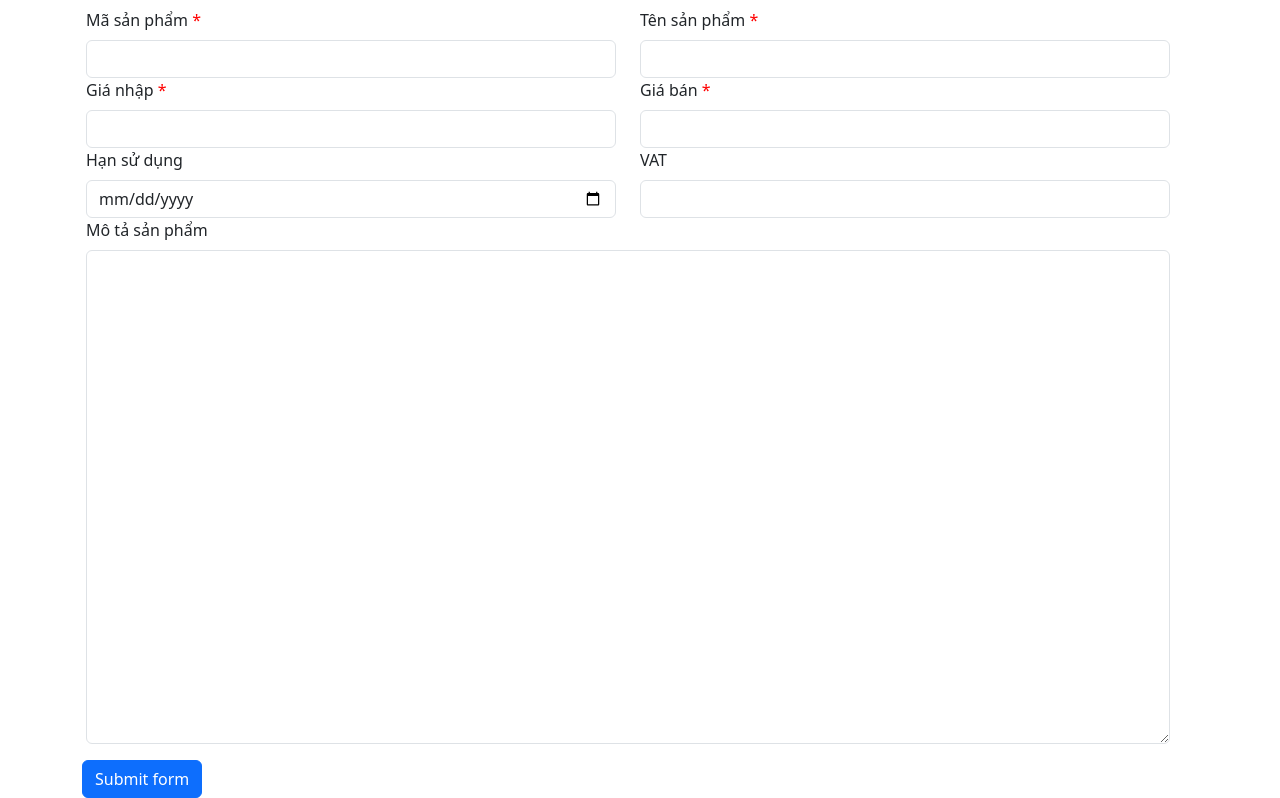
Repository: PhiKhongHoang/JSP-Servlet
Page: http://localhost/Bai10_BaiTapBatLoi/Product.jsp
These files come from the project's save history. The page is drawn as it stood at one moment and after the next save; the edit follows.
The browser window is 1280 px wide. The pictures show the whole page.
The page is served by Tomcat 9.

Above is the page before, as saved 2024-02-17 12:50:21.

After the next save:
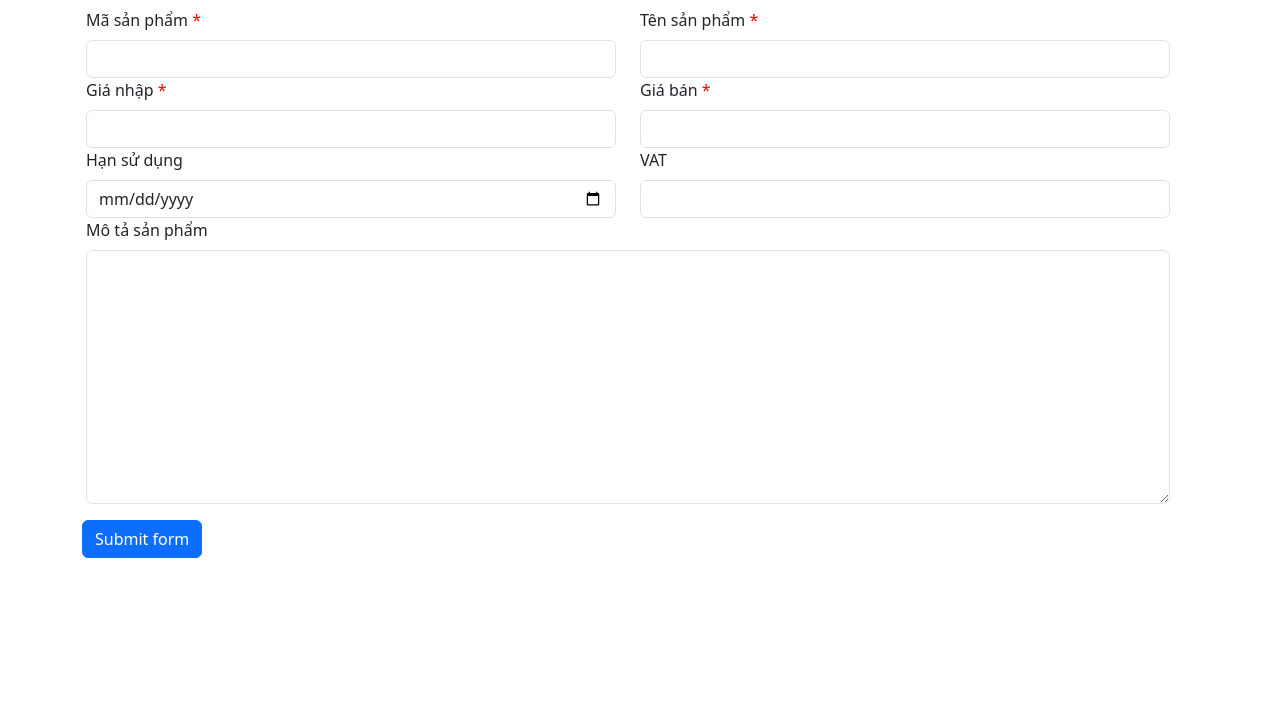
Saved 7 s later.
--- a/Bai10_BaiTapBatLoi/src/main/webapp/Product.jsp
+++ b/Bai10_BaiTapBatLoi/src/main/webapp/Product.jsp
@@ -75,7 +75,7 @@
 					<label for="moTa" class="form-label">
 						Mô tả sản phẩm
 					</label>
-					<textarea class="form-control" rows="20" cols="" id="moTa" name="moTa"></textarea>
+					<textarea class="form-control" rows="10" cols="" id="moTa" name="moTa"></textarea>
 				</div>
 			</div>
 			<div class="col-12">
